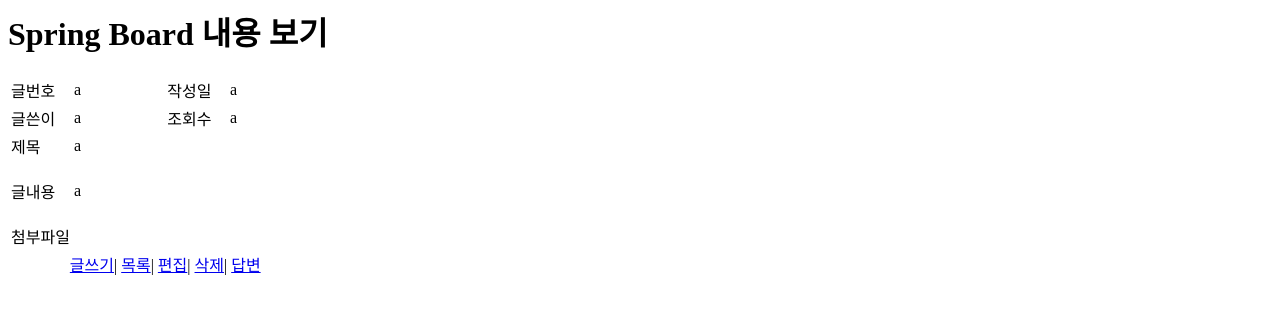
Repository: Jayking0215/myjava
Page: http://localhost/SpringWeb/WEB-INF/views/board/boardView.jsp
An editor plug-in stored every save of this project. The page is shown before and after the next save, followed by the edit.
The browser window is 1280 px wide. The pictures show the whole page.
The page is served by Tomcat 9. Nobody is signed in. The template is opened directly, without the code that normally fills it, so the values that code supplies are empty.

Above is the page before, as saved 2023-05-12 01:11:31.

After the next save:
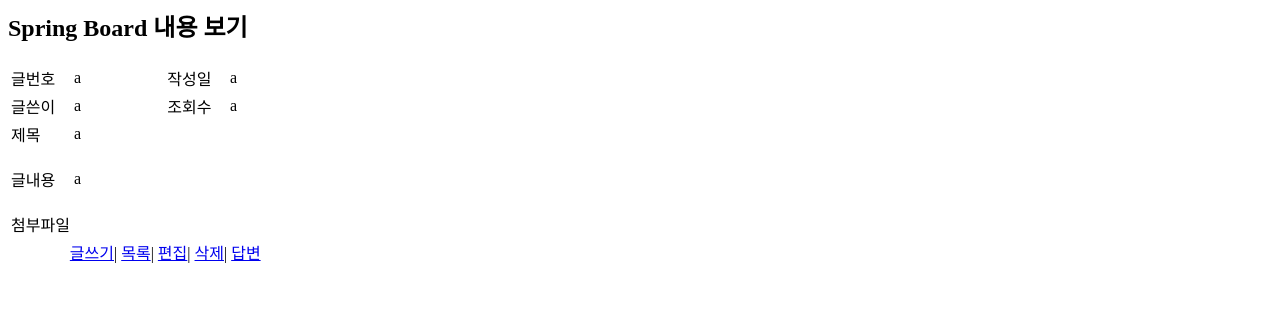
Saved 14 s later.
--- a/SpringWorkspace/SpringWeb/src/main/webapp/WEB-INF/views/board/boardView.jsp
+++ b/SpringWorkspace/SpringWeb/src/main/webapp/WEB-INF/views/board/boardView.jsp
@@ -1,6 +1,6 @@
 <%@ page language="java" contentType="text/html; charset=UTF-8"
     pageEncoding="UTF-8"%>
-<h1 class="text-center">Spring Board 내용 보기</h1>
+<h2 class="text-center">Spring Board 내용 보기</h2>
 
 
 
